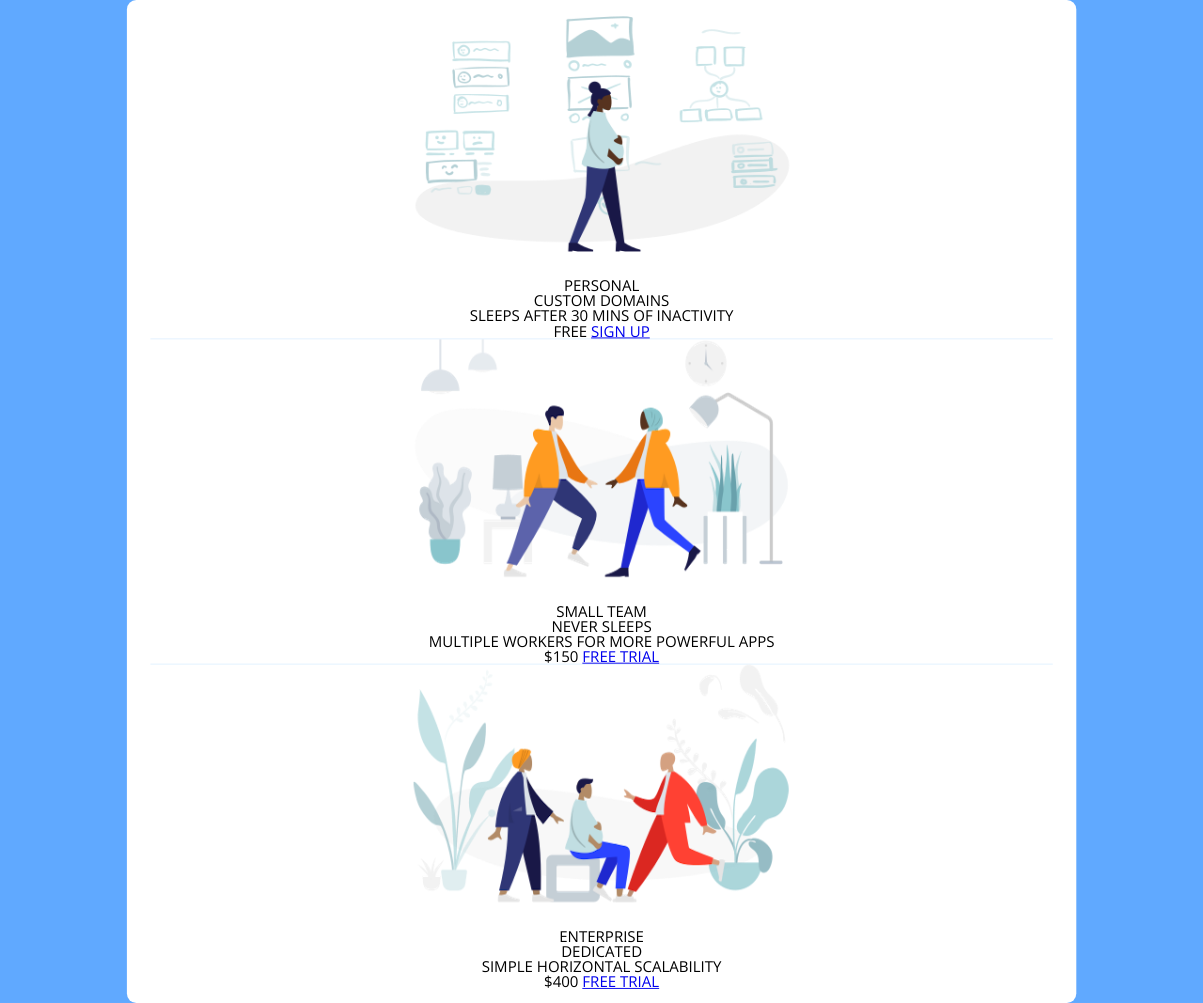
Repository: patrik-fredlund/pricing_panel_udemy
Page: PriceTableStarter/index.html
These files come from the project's save history. The page is drawn as it stood at one moment and after the next save; the edit follows.
The browser window is 1280 px wide. The pictures show the whole page, at 94% of full size.

Above is the page before, as saved 2021-06-27 13:27:13.

After the next save:
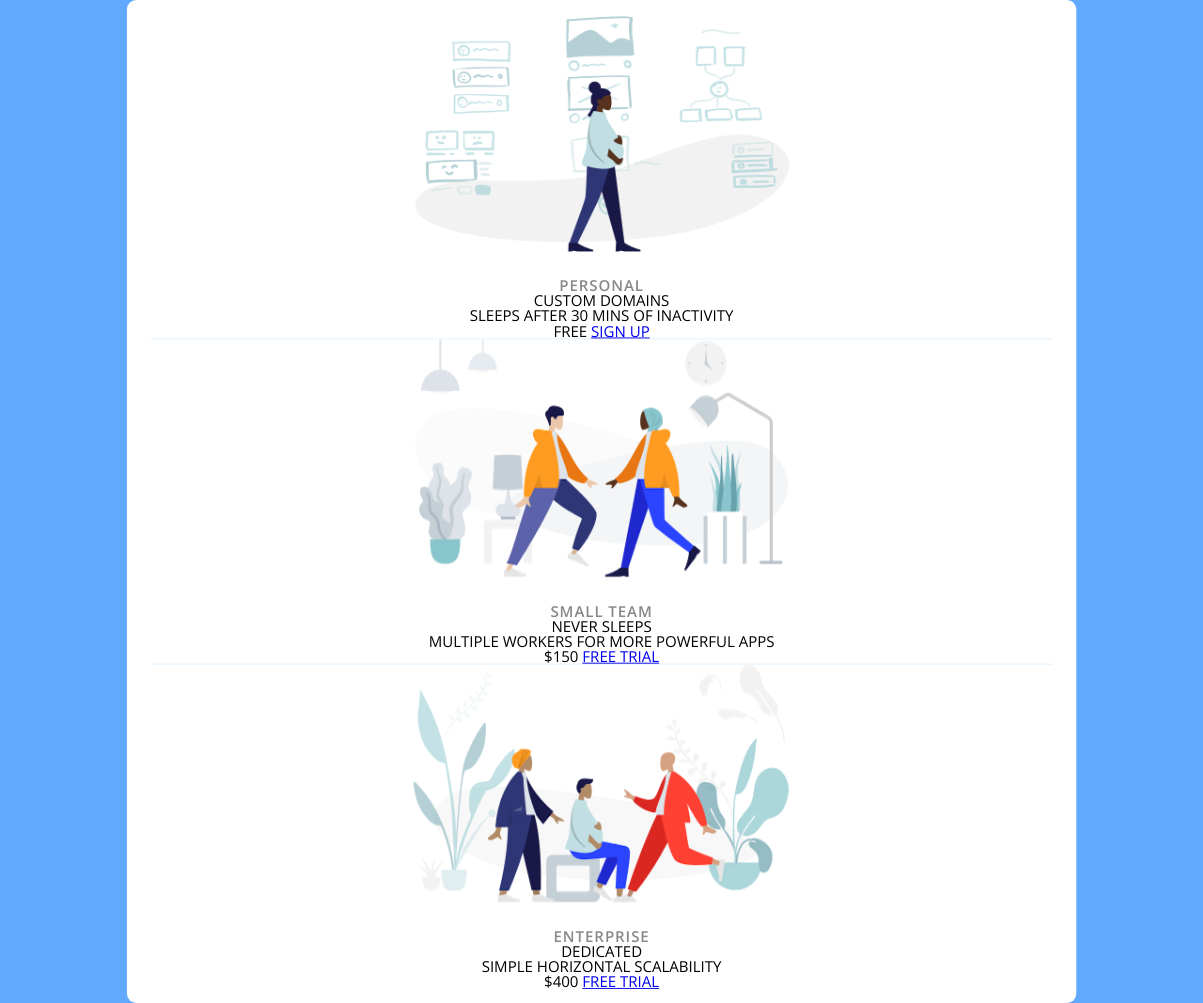
Saved 81 s later.
--- a/PriceTableStarter/app.css
+++ b/PriceTableStarter/app.css
@@ -90,3 +90,9 @@ body {
     /* width: 100%; */
     max-width: 100%;
 }
+
+.pricing-header {
+    color: #888;
+    font-weight: 600;
+    letter-spacing: 1px;
+}
